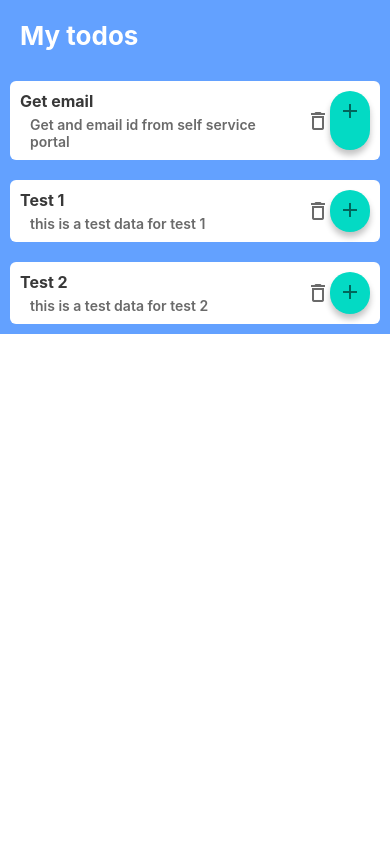
Repository: sadarsh216/Todo-App
Screen: /
These files come from the project's save history. The screen is drawn as it stood at one moment and after the next save; the edit follows.
The app was drawn by React Native's web renderer in a window 390 px wide. The project was rebuilt for these pictures with package versions that can differ from the ones it lists, and the page was loaded fresh each time.

Above is the screen before, as saved 2021-10-09 13:15:24.

### App.tsx
import { StatusBar } from "expo-status-bar";
import React from "react";
import { SafeAreaView, ScrollView, StyleSheet, Text, View } from "react-native";
import Todos from "./Pages/Todos";

export default function App() {
  return (
    <SafeAreaView>
      <View style={styles.container}>
        <ScrollView>
          <Text style={styles.heading}>My todos</Text>
          <Todos />
        </ScrollView>
      </View>
    </SafeAreaView>
  );
}

const styles = StyleSheet.create({
  container: {
    height: "100%",
    backgroundColor: "#63a1ff",
  },
  heading: {
    color: "white",
    fontSize: 26,
    fontWeight: "bold",
    margin: 20,
  },
});

### Pages/Todos.tsx
import React from "react";
import { View, Text, StyleSheet, TouchableOpacity } from "react-native";
import { MaterialCommunityIcons } from "@expo/vector-icons";
import { FAB } from "react-native-paper";

export default function Todos() {
  const [todos, setTodos] = React.useState([
    {
      title: "Get email",
      description: "Get and email id from self service portal",
      id: 0,
    },
    { title: "Test 1", description: "this is a test data for test 1", id: 1 },
    { title: "Test 2", description: "this is a test data for test 2 ", id: 2 },
  ]);
  const deleteTodo = () => {
    alert("deleted");
  };
  return (
    <>
      {todos.map((item, key) => (
        <View key={item.id} style={styles.card}>
          <View style={styles.details}>
            <Text style={styles.title}>{item.title}</Text>
            <Text style={styles.desc}>{item.description}</Text>
          </View>
          <View style={styles.deleteSection}>
            <TouchableOpacity onPress={deleteTodo}>
              <MaterialCommunityIcons
                name="delete-outline"
                size={24}
                color="#6a6a6a"
              />
            </TouchableOpacity>
          </View>
          <FAB
            style={styles.fab}
            small
            icon="plus"
            onPress={() => console.log("Pressed")}
          />
        </View>
      ))}
    </>
  );
}

const styles = StyleSheet.create({
  card: {
    display: "flex",
    flexDirection: "row",
    backgroundColor: "#fff",
    margin: 10,
    borderRadius: 6,
    elevation: 4,
    padding: 10,
  },
  title: {
    fontSize: 16,
    marginBottom: 5,
    fontWeight: "bold",
    color: "#383838",
  },
  desc: {
    paddingHorizontal: 10,
    fontWeight: "600",
    color: "#6a6a6a",
  },
  details: {
    flex: 2,
  },
  deleteSection: {
    justifyContent: "center",
  },
});

After the next save:
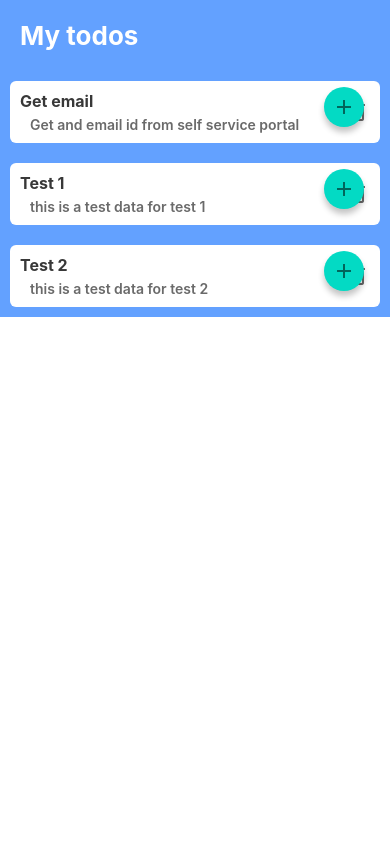
Saved 19 s later.
--- a/Pages/Todos.tsx
+++ b/Pages/Todos.tsx
@@ -72,4 +72,10 @@
   deleteSection: {
     justifyContent: "center",
   },
+  fab: {
+    position: "absolute",
+    margin: 16,
+    right: 0,
+    bottom: 0,
+  },
 });

After the save that followed:
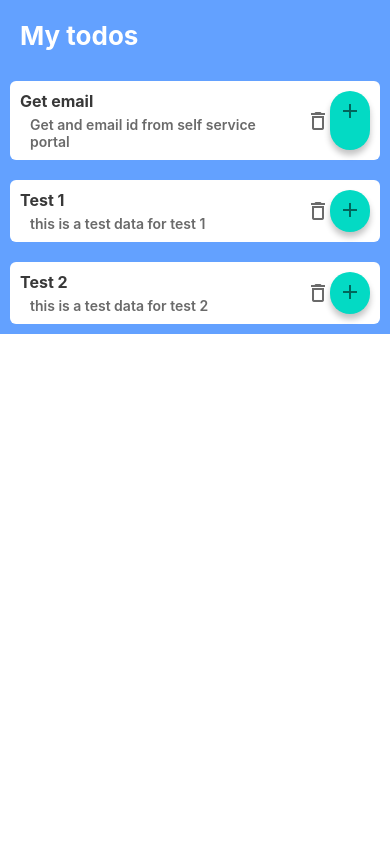
Saved 13 s later.
--- a/Pages/Todos.tsx
+++ b/Pages/Todos.tsx
@@ -72,10 +72,5 @@
   deleteSection: {
     justifyContent: "center",
   },
-  fab: {
-    position: "absolute",
-    margin: 16,
-    right: 0,
-    bottom: 0,
-  },
+
 });
